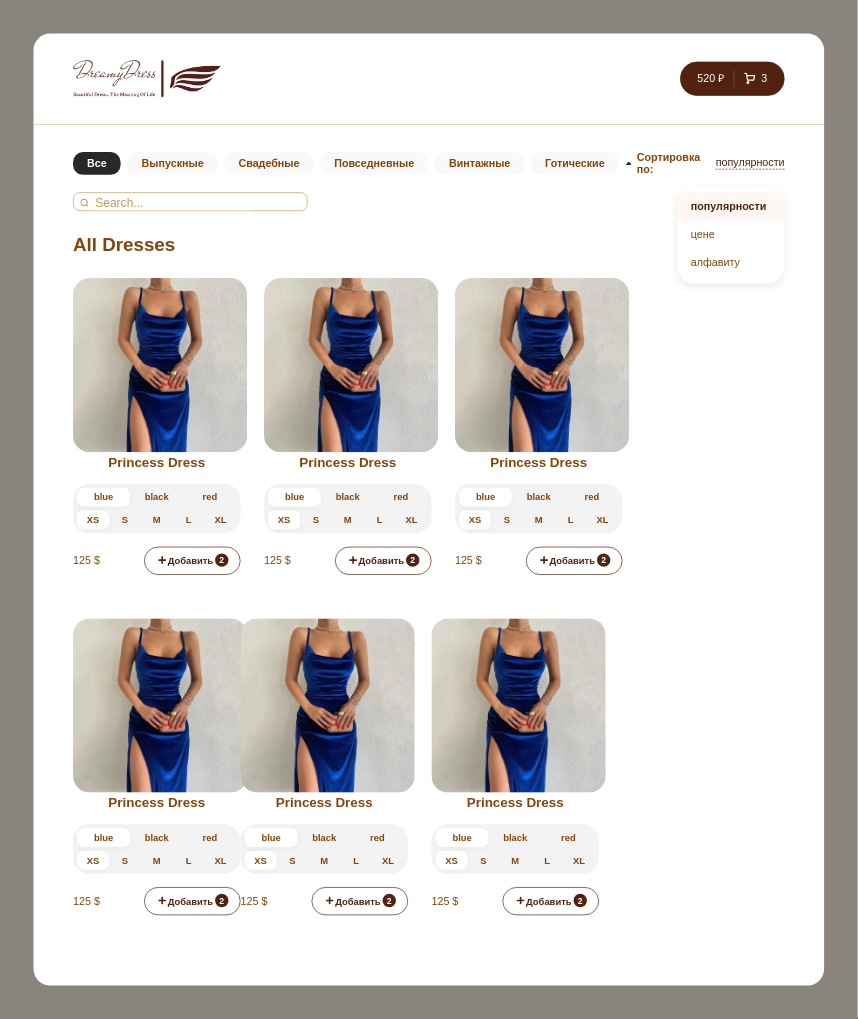
Repository: DisasterWoman/SPA-shop
Page: /
These files come from the project's save history. The page is drawn as it stood at one moment and after the next save; the edit follows.
The browser window is 1280 px wide. The pictures show the whole page, at 67% of full size.
Some web fonts or font styles are not loaded; a fallback is used. The project was rebuilt for these pictures with package versions that can differ from the ones it lists, and the page was loaded fresh each time.

Above is the page before, as saved 2022-11-29 18:11:34.

### src/App.js
import './scss/app.scss';
import Categories from './components/Categories/Categories';
import DressBlock from './components/DressBlock/DressBlock';
import Header from './components/Header/Header';
import Sort from './components/Sort/Sort';
import SearchBar from './components/SearchBar/SearchBar';

function App() {
  return (
    <div className="wrapper">
      <Header />
      <div className="content">
        <div className="container">
          <div className="content__top">
            <Categories />
            <Sort />
          </div>
          <SearchBar />
          <h2 className="content__title">All Dresses</h2>
          <div className="content__items">
            <DressBlock />
            <DressBlock />
            <DressBlock />
            <DressBlock />
            <DressBlock />
            <DressBlock />
          </div>
        </div>
      </div>
    </div>
  );
}

export default App;

### src/scss/app.scss
@import 'variables.scss';
@import './libs/normalize.scss';
@import './all';

body {
  background-color: $background;
}

.wrapper {
  width: calc(100vw - 100px);
  height: 100%;
  background-color: #fff;
  margin: 50px auto;
  border-radius: 25px;
  max-width: 1400px;
}

.content {
  padding: 40px 0;

  &__title {
    margin: 35px 0;
  }

  &__items {
    display: flex;
    flex-wrap: wrap;
    //justify-content: space-between;
  }

  &__top {
    display: flex;
    align-items: center;
    justify-content: space-between;
  }
}

.container {
  width: $container-width;
  margin: 0 auto;

  &--cart {
    max-width: 820px;
    margin: 90px auto;
    .content__title {
      margin: 0;
    }
  }
}

.cart {
  &__top {
    display: flex;
    justify-content: space-between;
    align-items: center;
  }

  .content__title {
    display: flex;
    align-items: center;
    font-size: 32px;

    svg {
      position: relative;
      top: -2px;
      width: 30px;
      height: 30px;
      margin-right: 10px;
      path {
        stroke: $black;
        strokewidth: 1.9;
      }
    }
  }

  &__clear {
    display: flex;
    align-items: center;
    cursor: pointer;
    @include noselect();

    span {
      display: inline-block;
      margin-left: 7px;
      color: #b6b6b6;
      font-size: 18px;
    }

    span,
    svg,
    path {
      transition: all $duration ease-in-out;
    }

    &:hover {
      svg {
        path {
          stroke: darken($color: #b6b6b6, $amount: 50);
        }
      }
      span {
        color: darken($color: #b6b6b6, $amount: 50);
      }
    }
  }

  &__item {
    display: flex;
    width: 100%;
    border-top: 1px solid $gray-line;
    padding-top: 30px;
    margin-top: 30px;

    &-img {
      display: flex;
      align-items: center;
      margin-right: 15px;
      width: 10%;

      img {
        width: 80px;
        height: 80px;
      }
    }

    &-info {
      display: flex;
      flex-direction: column;
      justify-content: center;
      width: 40%;

      h3 {
        font-weight: bold;
        font-size: 22px;
        line-height: 27px;
        letter-spacing: 0.01em;
      }

      p {
        font-size: 18px;
        color: #8d8d8d;
      }
    }

    &-count {
      display: flex;
      align-items: center;
      justify-content: space-between;
      width: 13%;

      &-minus {
        svg {
          path:first-of-type {
            display: none;
          }
        }
      }

      b {
        font-size: 22px;
      }
    }

    &-price {
      display: flex;
      align-items: center;
      justify-content: center;
      width: 33%;

      b {
        font-weight: bold;
        font-size: 22px;
        letter-spacing: 0.01em;
      }
    }

    &-remove {
      display: flex;
      align-items: center;
      justify-content: flex-end;
      width: 4%;

      .button {
        border-color: darken($color: $gray-line, $amount: 10);
      }

      svg {
        transform: rotate(45deg);

        path {
          fill: darken($color: $gray-line, $amount: 15);
        }
      }

      .button {
        svg {
          width: 11.5px;
          height: 11.5px;
          position: relative;
        }
        &:hover,
        &:active {
          border-color: darken($color: $gray-line, $amount: 80);
          background-color: darken($color: $gray-line, $amount: 80);
        }
      }
    }
  }

  &__bottom {
    margin: 50px 0;

    &-details {
      display: flex;
      justify-content: space-between;

      span {
        font-size: 22px;

        &:last-of-type {
          b {
            color: $brown;
          }
        }
      }
    }

    &-buttons {
      display: flex;
      justify-content: space-between;
      margin-top: 40px;

      .go-back-btn {
        display: flex;
        align-items: center;
        justify-content: center;
        width: 210px;

        border-color: darken($color: $gray-line, $amount: 10);

        span {
          color: darken($color: $gray-line, $amount: 20);
          font-weight: 500;
          font-weight: 600;
        }

        &:hover {
          background-color: darken($color: $gray-line, $amount: 90);
          border-color: darken($color: $gray-line, $amount: 90);

          span {
            color: $gray-line;
          }
        }

        svg {
          margin-right: 12px;
          path {
            fill: transparent;
            strokewidth: 2;
          }
        }
      }

      .pay-btn {
        font-size: 16px;
        font-weight: 600;
        width: 210px;
        padding: 16px;
      }
    }
  }

  &--empty {
    margin: 0 auto;
    width: 560px;
    text-align: center;

    h2 {
      font-size: 32px;
      margin-bottom: 10px;
    }

    p {
      font-size: 18px;
      line-height: 145.4%;
      letter-spacing: 0.01em;
      color: #777777;
    }

    icon {
      position: relative;
      top: 2px;
    }

    img {
      display: block;
      width: 300px;
      margin: 45px auto 60px;
    }

    .button--black {
      padding: 12px 0 14px;
      width: 230px;
      margin: 0 auto;
      font-weight: 600;
      font-size: 18px;
    }
  }
}

### src/components/Categories/Categories.jsx
import React from 'react';

function Categories() {
  return (
    <div className="categories">
      <ul>
        <li className="active">Все</li>
        <li>Выпускные</li>
        <li>Свадебные</li>
        <li>Повседневные</li>
        <li>Винтажные</li>
        <li>Готические</li>
      </ul>
    </div>
  );
}

export default Categories;

### src/components/DressBlock/DressBlock.jsx
import React from 'react';
import { Button } from '../Button/Button';
import './_dress-block.scss';

function DressBlock() {
  return (
    <div className="dress-block">
      <img className="dress-block__image" src="/images/dresses/dress0-blue.webp" alt="Dress" />
      <h4 className="dress-block__title">Princess Dress</h4>
      <div className="dress-block__selector">
        <ul>
          <li className="active">blue</li>
          <li>black</li>
          <li>red</li>
        </ul>
        <ul>
          <li className="active">XS</li>
          <li>S</li>
          <li>M</li>
          <li>L</li>
          <li>XL</li>
        </ul>
      </div>
      <div className="dress-block__bottom">
        <div className="dress-blockk__price">125 $</div>
        <Button/>
      </div>
    </div>
  );
}

export default DressBlock;

### src/components/Header/Header.jsx
import React from 'react';
import './_header.scss';
function Header() {
  return (
    <div className="header">
      <div className="container">
        <div className="header__logo">
          <img width="220" src="/dreamy-dress.png" alt="logo" />
          <div></div>
        </div>
        <div className="header__cart">
          <a href="/cart.html" className="button button--cart">
            <span>520 ₽</span>
            <div className="button__delimiter"></div>
            <svg
              width="18"
              height="18"
              viewBox="0 0 18 18"
              fill="none"
              xmlns="http://www.w3.org/2000/svg"
            >
              <path
                d="M6.33333 16.3333C7.06971 16.3333 7.66667 15.7364 7.66667 15C7.66667 14.2636 7.06971 13.6667 6.33333 13.6667C5.59695 13.6667 5 14.2636 5 15C5 15.7364 5.59695 16.3333 6.33333 16.3333Z"
                stroke="white"
                strokeWidth="1.8"
                strokeLinecap="round"
                strokeLinejoin="round"
              />
              <path stroke="white" strokeWidth="1.8" strokeLinecap="round" strokeLinejoin="round" />
              <path
                d="M4.78002 4.99999H16.3334L15.2134 10.5933C15.1524 10.9003 14.9854 11.176 14.7417 11.3722C14.4979 11.5684 14.1929 11.6727 13.88 11.6667H6.83335C6.50781 11.6694 6.1925 11.553 5.94689 11.3393C5.70128 11.1256 5.54233 10.8295 5.50002 10.5067L4.48669 2.82666C4.44466 2.50615 4.28764 2.21182 4.04482 1.99844C3.80201 1.78505 3.48994 1.66715 3.16669 1.66666H1.66669"
                stroke="white"
                strokeWidth="1.8"
                strokeLinecap="round"
                strokeLinejoin="round"
              />
            </svg>
            <span>3</span>
          </a>
        </div>
      </div>
    </div>
  );
}

export default Header;

### src/components/Sort/Sort.jsx
import React from 'react';
import './_sort.scss';

function Sort() {
  return (
    <div className="sort">
      <div className="sort__label">
        <svg
          width="10"
          height="6"
          viewBox="0 0 10 6"
          fill="none"
          xmlns="http://www.w3.org/2000/svg"
        >
          <path
            d="M10 5C10 5.16927 9.93815 5.31576 9.81445 5.43945C9.69075 5.56315 9.54427 5.625 9.375 5.625H0.625C0.455729 5.625 0.309245 5.56315 0.185547 5.43945C0.061849 5.31576 0 5.16927 0 5C0 4.83073 0.061849 4.68424 0.185547 4.56055L4.56055 0.185547C4.68424 0.061849 4.83073 0 5 0C5.16927 0 5.31576 0.061849 5.43945 0.185547L9.81445 4.56055C9.93815 4.68424 10 4.83073 10 5Z"
            fill="#2C2C2C"
          />
        </svg>
        <b>Сортировка по:</b>
        <span>популярности</span>
      </div>
      <div className="sort__popup">
        <ul>
          <li className="active">популярности</li>
          <li>цене</li>
          <li>алфавиту</li>
        </ul>
      </div>
    </div>
  );
}

export default Sort;

### src/components/SearchBar/SearchBar.jsx
import React, {useState}  from 'react'
import './_searchBar.scss';
function SearchBar() {
  return (
    <div className="search-bar">
      <img
        className="search-bar__icon"
        alt="search"
        src="images/icons/search.svg"
        width={12}
        height={13}
      ></img>
      <input
        placeholder="Search..."
      ></input>
    </div>
  );
}

export default SearchBar

### src/scss/_variables.scss
$black: #85450a;
$background: #89857c;
$gray-line: #d5bda1;
$brown: #50220f;

$container-width: 90%;

$duration: 0.15s;

### src/scss/libs/_normalize.scss
@import url('https://fonts.googleapis.com/css2?family=Anek+Devanagari&display=swap');

*{
  padding: 0;
  margin: 0;
  list-style: none;
  outline: none;
  font-family: 'Anek Devanagari', sans-serif;
  box-sizing: border-box;
}

html {
  -ms-text-size-adjust: 100%;
  -webkit-text-size-adjust: 100%;
}

body {
  -moz-osx-font-smoothing: grayscale;
  -webkit-font-smoothing: antialiased;
  color: $black;
}

a,
span,
p,
b,
h1,
h2,
h3,
h4,
h5 {
  color: $black;
}

h1 {
  font-size: 48px;
}

h2 {
  font-weight: 600;
  font-size: 28px;
  line-height: 30px;
}

a {
  text-decoration: none;
}

@mixin noselect {
  -webkit-touch-callout: none; /* iOS Safari */
  -webkit-user-select: none; /* Safari */
  -khtml-user-select: none; /* Konqueror HTML */
  -moz-user-select: none; /* Old versions of Firefox */
  -ms-user-select: none; /* Internet Explorer/Edge */
  user-select: none; /* Non-prefixed version, currently
                                  supported by Chrome, Opera and Firefox */
}

### src/scss/_all.scss
@import '../components/Header/Header';
@import '../components/Button/button';
@import '../components/Categories/Categories';
@import '../components/Sort/Sort';
@import '../components/DressBlock/dress-block';

### src/components/Header/_header.scss
@import '../../../src/scss/variables';

.header {
  border-bottom: 1px solid $gray-line;
  padding: 40px 0;

  .container {
    display: flex;
    align-items: center;
    justify-content: space-between;
  }

  &__logo {
    display: flex;

    img {
      margin-right: 15px;
    }

    h1 {
      color: #181818;
      font-size: 24px;
      letter-spacing: 1%;
      text-transform: uppercase;
      font-weight: 800;
    }

    p {
      color: #7b7b7b;
    }
  }
}

### src/components/Button/_button.scss
@import '../../../src/scss/variables';

.button {
  display: inline-block;
  background-color: $brown;
  border-radius: 25px;
  padding: 10px 20px;
  min-width: 100px;
  text-align: center;
  cursor: pointer;
  transition: background-color $duration ease-in-out, border-color $duration ease-in-out;
  border: 1px solid transparent;

  &,
  span {
    color: #fff;
  }

  i,
  span,
  path,
  svg {
    transition: all $duration ease-in-out;
  }

  &:hover {
    background-color: darken($brown, 8%);
  }

  &:active {
    background-color: darken($brown, 12%);
    transform: translateY(1px);
  }

  &--circle {
    display: flex;
    align-items: center;
    justify-content: center;
    width: 30px;
    height: 30px;
    min-width: 30px;
    padding: 0;
    border-width: 2px;
  }

  &--black {
    background-color: $black;

    &:hover,
    &:active {
      background-color: lighten($color: $black, $amount: 10);
    }
  }

  &--outline {
    background-color: #fff;
    border-color: $brown;
    &,
    span {
      color: $brown;
    }

    svg {
      path {
        fill: $brown;
      }
    }

    &:hover {
      background-color: $brown;

      &,
      span {
        color: #fff;
      }

      svg {
        path {
          fill: #fff;
        }
      }
    }

    &:active {
      background-color: darken($brown, 8%);
    }
  }

  &__delimiter {
    width: 1px;
    height: 25px;
    background-color: rgba(255, 255, 255, 0.25);
    margin-left: 14px;
    margin-right: 14px;
  }

  &--add {
    svg {
      margin-right: 2px;
    }

    span {
      font-weight: 600;
      font-size: 14px;
    }

    &:hover {
      i {
        background-color: #fff;
        color: $brown;
      }
    }

    i {
      display: inline-block;
      border-radius: 30px;
      background-color: $brown;
      color: #fff;
      font-weight: 600;
      width: 20px;
      height: 20px;
      font-style: normal;
      font-size: 13px;
      line-height: 22px;
      position: relative;
      top: -1px;
      left: 3px;
    }
  }

  &--cart {
    display: flex;
    align-items: center;
    line-height: 23px;
    padding: 12px 25px;
    border-color: $brown;

    svg {
      margin-right: 8px;
      margin-bottom: 1px;
    }

    span {
      font-weight: 500;
      font-size: 16px;
    }
  }
}

### src/components/Categories/_categories.scss
@import '../../../src/scss/variables';

.categories {
  ul {
    display: flex;

    li {
      background-color: #f9f9f9;
      padding: 8px 21px;
      border-radius: 15px;
      margin-right: 10px;
      font-weight: bold;
      cursor: pointer;
      transition: background-color 0.1s ease-in-out;
      @include noselect();

      &:hover {
        background-color: darken(#f9f9f9, 2%);
      }

      &:active {
        background-color: darken(#f9f9f9, 5%);
      }

      &.active {
        background-color: #282828;
        color: #fff;
      }
    }
  }
}

### src/components/Sort/_sort.scss
@import '../../../src/scss/variables';

.sort {
  position: relative;
  &__label {
    display: flex;
    align-items: center;

    svg {
      margin-right: 8px;
    }

    b {
      margin-right: 8px;
    }

    span {
      color: $brown;
      border-bottom: 1px dashed $brown;
      cursor: pointer;
    }
  }

  &__popup {
    position: absolute;
    right: 0;
    margin-top: 15px;
    background: #ffffff;
    box-shadow: 0px 5px 15px rgba(0, 0, 0, 0.09);
    border-radius: 25px;
    overflow: hidden;
    padding: 10px 0;
    width: 160px;

    ul {
      overflow: hidden;
      li {
        padding: 12px 20px;
        cursor: pointer;

        &.active,
        &:hover {
          background: rgba(254, 95, 30, 0.05);
        }

        &.active {
          font-weight: bold;
          color: $brown;
        }
      }
    }
  }
}

### src/components/DressBlock/_dress-block.scss
@import '../../../src/scss/variables';

.dress-block {
  width: 250px;
  text-align: center;
  margin-bottom: 65px;

  &:not(:nth-of-type(4n)) {
    margin-right: 35px;
  }

  &__image {
    border-radius: 25px;
    width: 260px;
  }

  &__title {
    font-size: 20px;
    font-weight: 900;
    letter-spacing: 1%;
    margin-bottom: 20px;
  }

  &__selector {
    display: flex;
    background-color: #f3f3f3;
    border-radius: 25px;
    flex-direction: column;
    padding: 6px;

    ul {
      display: flex;
      flex: 1;

      &:first-of-type {
        margin-bottom: 6px;
      }

      li {
        padding: 6px;
        flex: 1;
        cursor: pointer;
        font-weight: 600;
        font-size: 14px;
        &.active {
          background: #ffffff;
          box-shadow: 0px 2px 11px rgba(0, 0, 0, 0.04);
          border-radius: 10px;
          cursor: auto;
        }
      }
    }
  }

  &__bottom {
    display: flex;
    align-items: center;
    justify-content: space-between;
    margin-top: 20px;
  }

  &__price {
    font-weight: bold;
    font-size: 22px;
    line-height: 27px;
    letter-spacing: 0.015em;
  }
}

### src/components/Button/Button.jsx
export const Button = () => {
    return (
      <div className="button button--outline button--add">
        <svg
          width="12"
          height="12"
          viewBox="0 0 12 12"
          fill="none"
          xmlns="http://www.w3.org/2000/svg"
        >
          <path
            d="M10.8 4.8H7.2V1.2C7.2 0.5373 6.6627 0 6 0C5.3373 0 4.8 0.5373 4.8 1.2V4.8H1.2C0.5373 4.8 0 5.3373 0 6C0 6.6627 0.5373 7.2 1.2 7.2H4.8V10.8C4.8 11.4627 5.3373 12 6 12C6.6627 12 7.2 11.4627 7.2 10.8V7.2H10.8C11.4627 7.2 12 6.6627 12 6C12 5.3373 11.4627 4.8 10.8 4.8Z"
            fill="white"
          />
        </svg>
        <span>Добавить</span>
        <i>2</i>
      </div>
    );
}

### src/components/SearchBar/_searchBar.scss
@import '../../../src/scss/variables';

.search-bar{
   width: 350px;
  margin-top: 25px;
  border: 1px solid #CA9B55;
  border-radius: 10px;
  padding: 0 10px;
  position: relative;
  &__icon{
    margin-right: 10px;
    margin-top: 8px;
  }
  input{
    font-size: 18px;
    outline-offset: 0;
    outline: none;
    border: none;
    color: #7e4e05;
  }
     ::placeholder {
      color: #CA9B55;
      opacity: 1;
    }

}

Loaded but not shown: public/index.html (common file); src/index.js (common file)

After the next save:
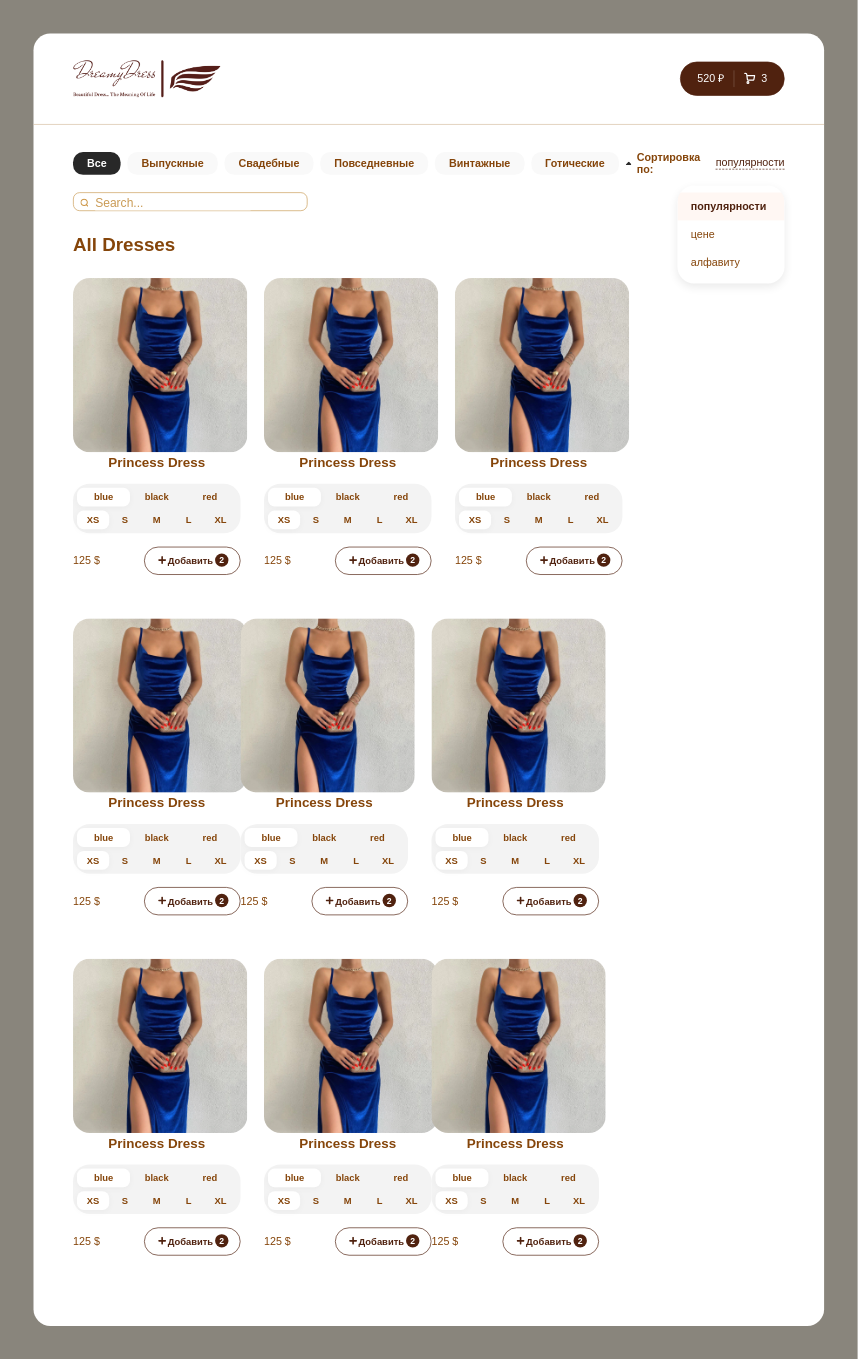
Saved 33 s later.
--- a/src/App.js
+++ b/src/App.js
@@ -24,6 +24,9 @@ function App() {
             <DressBlock />
             <DressBlock />
             <DressBlock />
+            <DressBlock />
+            <DressBlock />
+            <DressBlock />
           </div>
         </div>
       </div>
